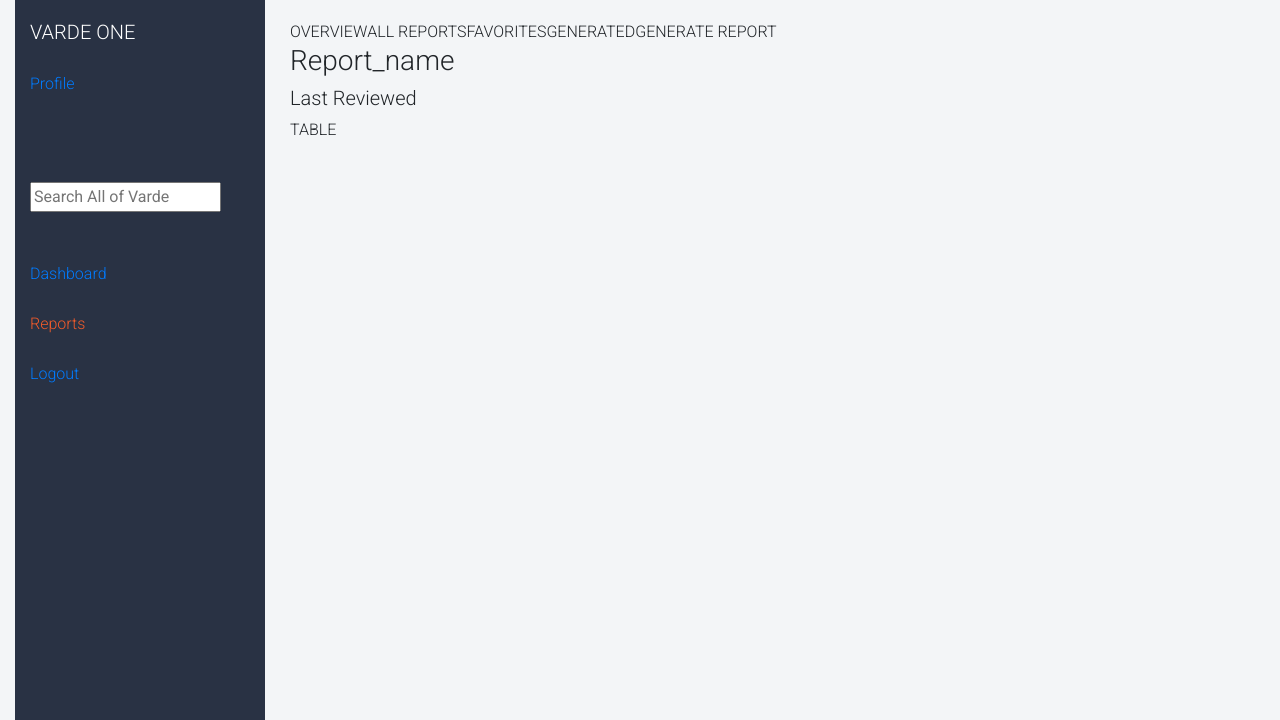
Repository: slavishtipkov/cra-redux
Page: /reports
The author's editor kept a copy of each file at every save. The page is drawn from the files as they stood at one save, then again after the next save.
The browser window is 1280 px wide. The pictures show the whole page.
The project was rebuilt for these pictures with package versions that can differ from the ones it lists, and the page was loaded fresh each time.

Above is the page before, as saved 2019-07-09 13:21:14.

After the next save:
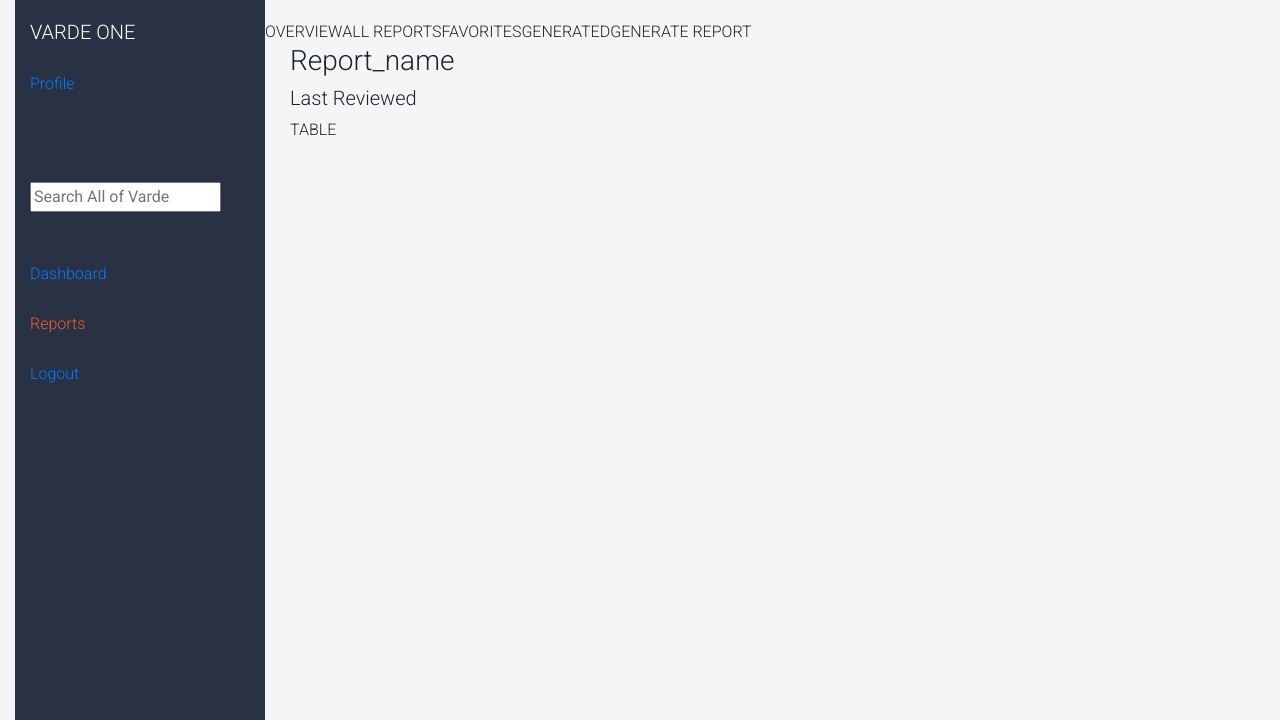
Saved 2 min 57 s later.
--- a/src/Components/App/App.scss
+++ b/src/Components/App/App.scss
@@ -11,7 +11,6 @@
   }
 
   .page {
-    padding-left: 25px;
     width: 80%;
 
     .page-header {
@@ -28,6 +27,13 @@
           }
         }
       }
+      .page-header-content {
+        padding-left: 25px;
+      }
+    }
+
+    .page-content {
+      padding-left: 25px;
     }
   }
 }
